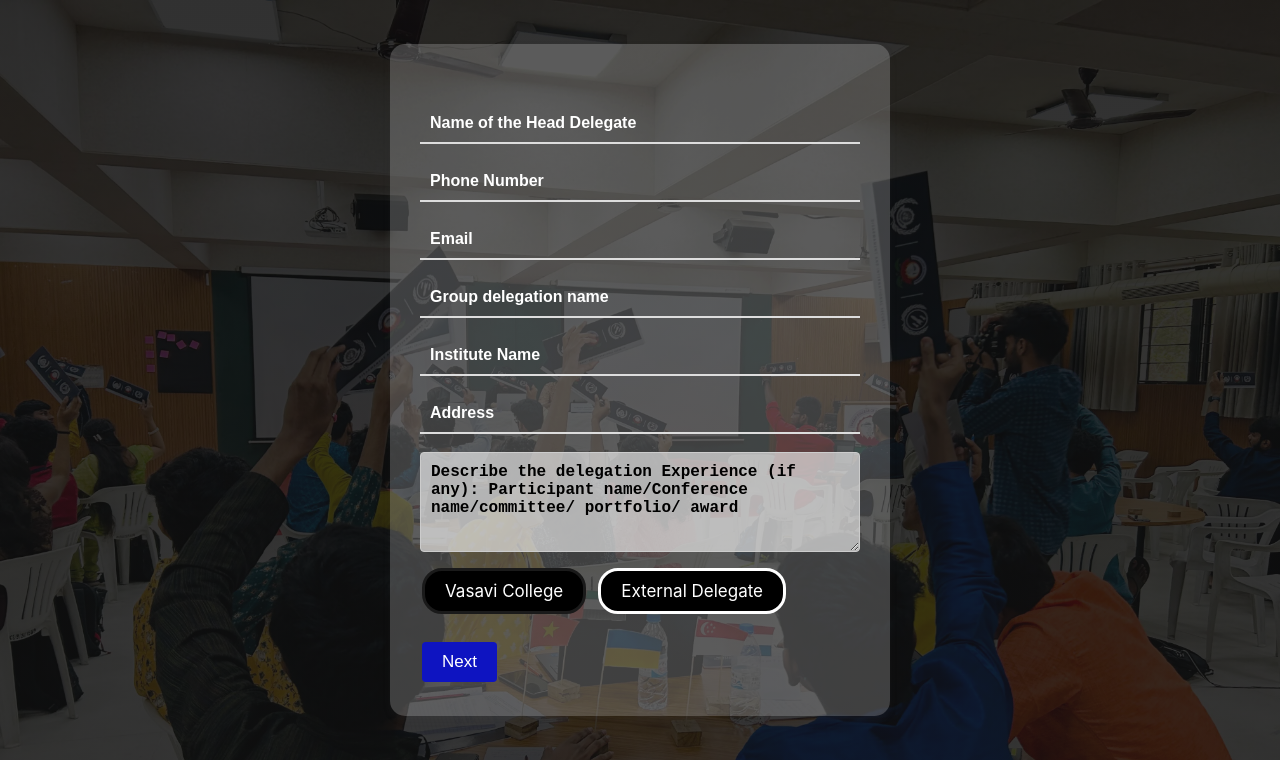
Repository: viveak910/VasaviMUN-Group
Page: /
The author's editor kept a copy of each file at every save. The page is drawn from the files as they stood at one save, then again after the next save.
The browser window is 1280 px wide. The pictures show the whole page.
The project was rebuilt for these pictures with package versions that can differ from the ones it lists, and the page was loaded fresh each time. Also part of the build but not shown: src/forms/PreferencesStep.js, src/forms/PaymentStep.js.

Above is the page before, as saved 2025-09-03 21:13:53.

### src/App.js
import React from "react";
import "./App.css";
import CustomVerticalStepper from "./forms/CustomVerticalStepper";

function App() {
  return (
    <div className="App">
      {/* <h1 id="head">Registration</h1> */}
      <CustomVerticalStepper></CustomVerticalStepper>
    </div>
  );
}

export default App;

### src/App.css
.App {
  background-color: black;
}
#head {
  text-align: center;
  position: relative;
  margin-top: 0px;
  color: white;
}

#head::before {
  content: "";
  position: absolute;
  top: -10px;
  left: 0;
  width: 100%;
  height: 5px;
  background-color: black;
}

### src/forms/CustomVerticalStepper.js
import React, { useState } from "react";

import PersonalDetailsStep from "./PersonalDetailsStep";
import PreferencesStep from "./PreferencesStep";
import PaymentStep from "./PaymentStep";
import "./step.css";
import "./form.css";

export default function CustomVerticalStepper() {
  const [activeStep, setActiveStep] = useState(0);
  const [loading, setLoading] = useState(false);
  const [name, setName] = useState("");
  const [phone, setPhone] = useState("");
  const [email, setEmail] = useState("");
  const [address, setAddress] = useState("");
  const [isVasavi, setIsVasavi] = useState(false);
  const [rollNumber, setRollNumber] = useState("");
  const [year, setYear] = useState("");
  const [branch, setBranch] = useState("");
  const [section, setSection] = useState("");
  const [transactionId, setTransactionId] = useState("");
  const [driveLink, setDriveLink] = useState("");
  const [instituteName, setInstituteName] = useState("");
  const [munExperienceDetails, setMunExperienceDetails] = useState("");
  const [participantsCount, setParticipantsCount] = useState(8);
  const [amount, setAmount] = useState("");
  const [teamName, setTeamName] = useState("");
  const [participants, setParticipants] = useState(
    Array.from({ length: participantsCount }, () => ({
      name: "",
      phone: "",
      email: "",
      preference: "",
      portfolio1: "",
      portfolio2: "",
      ipRole: "",
    }))
  );
  const [utr, setUtr] = useState("");

  const validatePreferences = () => {
    const errors = [];
    const selectedCommittees = new Set();

    participants.forEach((participant, index) => {
      if (!participant.name.trim()) {
        errors.push(`Participant ${index + 1}: Name is required.`);
      }

      if (!participant.preference) {
        errors.push(`Participant ${index + 1}: Preference is required.`);
      } else {
        selectedCommittees.add(participant.preference);

        if (participant.preference !== "IP") {
          if (
            !participant.portfolio1.trim() ||
            !participant.portfolio2.trim()
          ) {
            errors.push(
              `Participant ${
                index + 1
              }: Both portfolio 1 and 2 are required for preference ${
                participant.preference
              }.`
            );
          } else if (
            participant.portfolio1.trim().toLowerCase() ===
            participant.portfolio2.trim().toLowerCase()
          ) {
            errors.push(
              `Participant ${
                index + 1
              }: Portfolio 1 and Portfolio 2 must be different for preference ${
                participant.preference
              }.`
            );
          }
        }

        if (participant.preference === "IP" && !participant.ipRole) {
          errors.push(`Participant ${index + 1}: Please select a role for IP.`);
        }
      }
    });

    const committees = ["DISEC", "AIPPM", "UNCSW","WHO", "IP"];
    committees.forEach((committee) => {
      if (!selectedCommittees.has(committee)) {
        errors.push(
          `At least one participant must select the preference "${committee}".`
        );
      }
    });

    if (errors.length > 0) {
      alert(errors.join("\n"));
      return false;
    }

    return true;
  };

  const steps = [
    {
      component: (
        <PersonalDetailsStep
          name={name}
          setName={setName}
          phone={phone}
          setPhone={setPhone}
          email={email}
          setEmail={setEmail}
          address={address}
          setAddress={setAddress}
          isVasavi={isVasavi}
          setIsVasavi={setIsVasavi}
          rollNumber={rollNumber}
          setRollNumber={setRollNumber}
          year={year}
          setYear={setYear}
          branch={branch}
          setBranch={setBranch}
          section={section}
          setSection={setSection}
          instituteName={instituteName}
          setInstituteName={setInstituteName}
          munExperienceDetails={munExperienceDetails}
          setMunExperienceDetails={setMunExperienceDetails}
          teamName={teamName}
          setTeamName={setTeamName}
        />
      ),
    },
    {
      component: (
        <PreferencesStep
          participantsCount={participantsCount}
          setParticipantsCount={setParticipantsCount}
          participants={participants}
          setParticipants={setParticipants}
        />
      ),
    },
    {
      component: (
        <PaymentStep
          isVasavi={isVasavi}
          transactionId={transactionId}
          setTransactionId={setTransactionId}
          driveLink={driveLink}
          setDriveLink={setDriveLink}
          participantsCount={participantsCount}
          amount={amount}
          setAmount={setAmount}
          utr={utr}
          setUtr={setUtr}
        />
      ),
    },
  ];

  const validateStep = () => {
    if (activeStep === 0) {
      const phoneRegex = /^[0-9]{10}$/;

      const emailRegex = /^[^\s@]+@[^\s@]+\.[^\s@]+$/;

      const rollNumberRegex =
        /^[0-9]{4}-[0-9A-Za-z]{2}-[0-9A-Za-z]{3}-[0-9A-Za-z]{3}$/;

      if (!name) {
        alert("Please fill in your name.");
        return false;
      }

      if (!phone) {
        alert("Please fill in your phone number.");
        return false;
      }
      if (!teamName) {
        alert("Please enter Group delegation name");
        return false;
      }

      if (!phoneRegex.test(phone)) {
        alert("Phone number must be exactly 10 digits.");
        return false;
      }

      if (!email) {
        alert("Please fill in your email.");
        return false;
      }
      if (!instituteName) {
        alert("Enter your institute name");
        return false;
      }

      if (!emailRegex.test(email)) {
        alert("Please enter a valid email address.");
        return false;
      }

      if (!address) {
        alert("Please fill in your address.");
        return false;
      }
      if (!instituteName) {
      }

      if (isVasavi) {
        if (!rollNumber) {
          alert("Please fill in your roll number.");
          return false;
        }

        if (!rollNumberRegex.test(rollNumber)) {
          alert("Roll number must be in the format 1602-2X-XXX-XXX.");
          return false;
        }

        if (!year) {
          alert("Please select your year.");
          return false;
        }
        if (!munExperienceDetails) {
          alert("Fill in MUN Experience");
          return false;
        }
        if (!branch) {
          alert("Please select your branch.");
          return false;
        }

        if (!section) {
          alert("Please select your section.");
          return false;
        }
      }

      return true;
    } else if (activeStep === 1) {
      const preferencesValid = validatePreferences();
      if (!preferencesValid) return false;
    } else if (activeStep === 2) {
      if (!transactionId) {
        alert("Transaction ID is required.");
        return false;
      }
      if (!driveLink) {
        alert("Drive link is required.");
        return false;
      }

      const driveUrlPattern =
        /https:\/\/drive\.google\.com\/(?:file\/d\/|drive\/folders\/)([-\w]+)/;



    }

    return true;
  };

  const handleNext = () => {
    if (validateStep()) {
      setActiveStep((prevStep) => prevStep + 1);
      window.scrollTo({
        top: 0,
        behavior: "smooth",
      });
    }
  };

  const handleBack = () => {
    if (activeStep > 0) {
      setActiveStep((prevStep) => prevStep - 1);
      window.scrollTo({
        top: 0,
        behavior: "smooth",
      });
    }
  };

  const handleSubmit = () => {
    if (validateStep()) {
      setLoading(true);

      const formData = {
        name,
        phone,
        email,
        teamName,
        address,
        instituteName,
        munExperienceDetails,
        rollNumber,
        year,
        branch,
        section,
        participants,
        amount,
        transactionId,
        driveLink,
        utr,
      };

      console.log("Submitting form data:", formData);

      fetch("https://mun-dat.onrender.com/groupregister", {
        method: "POST",
        headers: {
          "Content-Type": "application/json",
        },
        body: JSON.stringify(formData),
      })
        .then((response) => response.json())
        .then((data) => {
          console.log("Success:", data);
          alert("Form submitted successfully!");
          resetForm();
          setLoading(false);
        })
        .catch((error) => {
          console.error("Error:", error);
          alert("Failed to submit the form. Please try again.");
          setLoading(false);
        });
    }
  };

  const resetForm = () => {
    setName("");
    setPhone("");
    setEmail("");
    setMunExperienceDetails("");
    setTeamName("");
    setInstituteName("");
    setAddress("");
    setIsVasavi(false);
    setRollNumber("");
    setYear("");
    setBranch("");
    setSection("");
    setTransactionId("");
    setDriveLink("");
    setActiveStep(0);
    setParticipantsCount(8);
    setAmount("");
    setParticipants(
      Array.from({ length: participantsCount }, () => ({
        name: "",
        preference: "",
        portfolio1: "",
        portfolio2: "",
        ipRole: "",
      }))
    );
  };

  return (
    <div className="stepper-wrapper">
      {loading ? (
        <>
          <div className="loader-container">
            <div className="pulsing-circle"></div>
            <p>Submitting Response</p>
          </div>
        </>
      ) : (
        <div className="stepper-container">
          <div className="stepper-header">
            <div className="step-header">{steps[activeStep].label}</div>
          </div>
          <div className="stepper-content">{steps[activeStep].component}</div>
          <div className="step-actions">
            {activeStep > 0 && (
              <button className="btn" onClick={handleBack}>
                Back
              </button>
            )}
            {activeStep < steps.length - 1 ? (
              <button className="btn" onClick={handleNext}>
                Next
              </button>
            ) : (
              <button className="btn" onClick={handleSubmit}>
                Submit
              </button>
            )}
          </div>
        </div>
      )}
    </div>
  );
}

### src/forms/PersonalDetailsStep.js
import React from "react";
import "./form.css";

export default function PersonalDetailsStep({
  name,
  setName,
  phone,
  setPhone,
  email,
  setEmail,
  address,
  setAddress,
  isVasavi,
  setIsVasavi,
  rollNumber,
  setRollNumber,
  year,
  setYear,
  branch,
  setBranch,
  section,
  setSection,
  munExperienceDetails,
  setMunExperienceDetails,
  instituteName,
  setInstituteName,
  teamName,
  setTeamName,
}) {
  return (
    <div>
      <input
        type="text"
        placeholder="Name of the Head Delegate"
        value={name}
        onChange={(e) => setName(e.target.value)}
        required
      />
      <input
        type="tel"
        placeholder="Phone Number"
        value={phone}
        onChange={(e) => setPhone(e.target.value)}
        required
      />
      <input
        type="email"
        placeholder="Email"
        value={email}
        onChange={(e) => setEmail(e.target.value)}
        required
      />
      <input
        type="text"
        placeholder="Group delegation name"
        value={teamName}
        onChange={(e) => setTeamName(e.target.value)}
        required
      />
      {!isVasavi && (
        <input
          type="text"
          placeholder="Institute Name"
          value={instituteName}
          onChange={(e) => setInstituteName(e.target.value)}
          required
        />
      )}
      <input
        type="text"
        placeholder="Address"
        value={address}
        onChange={(e) => setAddress(e.target.value)}
        required
      />

      <textarea
        className="mun-experience"
        placeholder="Describe the delegation Experience (if any): Participant name/Conference name/committee/ portfolio/ award"
        value={munExperienceDetails}
        onChange={(e) => setMunExperienceDetails(e.target.value)}
      />

      <div className="radio-container">
        <input
          id="vasavi"
          className="toggle"
          name="toggle"
          type="radio"
          value="vasavi"
          checked={isVasavi}
          onChange={() => {
            setIsVasavi(true);
            setInstituteName("Vasavi College of Engineering");
          }}
        />
        <label htmlFor="vasavi" className={`btn ${isVasavi ? "selected" : ""}`}>
          Vasavi College
        </label>
        <input
          id="external"
          className="toggle"
          name="toggle"
          type="radio"
          value="external"
          checked={!isVasavi}
          onChange={() => {
            setIsVasavi(false);
            setInstituteName("");
          }}
        />
        <label
          htmlFor="external"
          className={`btn ${!isVasavi ? "selected" : ""}`}
        >
          External Delegate
        </label>
      </div>

      {isVasavi && (
        <>
          <input
            type="text"
            placeholder="Roll Number"
            value={rollNumber}
            onChange={(e) => setRollNumber(e.target.value)}
            required
          />
          <select
            value={year}
            onChange={(e) => setYear(e.target.value)}
            required
          >
            <option value="">Select Year</option>
            <option value="1">1st Year</option>
            <option value="2">2nd Year</option>
            <option value="3">3rd Year</option>
            <option value="4">4th Year</option>
          </select>
          <select
            value={branch}
            onChange={(e) => setBranch(e.target.value)}
            required
          >
            <option value="">Select Branch</option>
            <option value="CSE">CSE</option>
            <option value="CSM">CSM</option>
            <option value="CIVIL">CIVIL</option>
            <option value="ECE">ECE</option>
            <option value="EEE">EEE</option>
            <option value="MECHANICAL">MECHANICAL</option>
            <option value="IT">IT</option>
          </select>
          <input
            type="text"
            placeholder="Section"
            value={section}
            onChange={(e) => setSection(e.target.value)}
            required
          />
        </>
      )}
    </div>
  );
}

### src/forms/step.css
.stepper-wrapper {
  display: flex;
  justify-content: center;
  align-items: center;
  min-height: 100vh;
  background-color: #000000;
  padding: 20px;
  background-image: linear-gradient(
      rgba(12, 12, 12, 0.841),
      rgba(16, 16, 16, 0.834)
    ),
    url("reg_back.webp");
  background-size: cover;
  background-repeat: no-repeat;
  margin: 0;
}
.stepper-container {
  background: #e1e1e13c;
  border-radius: 15px;
  box-shadow: 0 4px 8px rgba(83, 83, 83, 0.088);
  width: 100%;
  max-width: 500px;
  padding: 30px;

  box-sizing: border-box;
}

.stepper-header {
  margin-bottom: 20px;
}

.step-header {
  margin-bottom: 20px;
  font-size: 22px;
  font-weight: bold;
  color: #333;
}

.stepper-content {
  display: flex;
  flex-direction: column;
}

.step-actions {
  display: flex;
  justify-content: space-between;
  margin-top: 20px;
}
h4,
h3,
h2 {
  font-weight: 700;
  color: white;
  padding: 0;
}
h4 {
  margin-bottom: 0;
}

.btn {
  background-color: #0e14c1;
  border: none;
  color: #ffffff;
  font-weight: 400;
  font-size: 17px;
  padding: 10px 20px;
  text-align: center;
  text-decoration: none;
  display: inline-block;
  margin: 4px 2px;
  margin-right: 0;
  cursor: pointer;
  border-radius: 4px;
  transition: background-color 0.3s;
}

.btn:hover {
  background-color: #1d1d1d;
}
.reset-container {
  text-align: center;
}

.loader-container {
  display: flex;
  flex-direction: column;
  justify-content: center;
  align-items: center;
  height: 100vh;
}

.loader-container p {
  font-size: 24px;
  font-weight: bold;
  color: white;
  margin-top: 20px;
}

.pulsing-circle {
  width: 100px;
  height: 100px;
  background-color: #ffffff;
  border-radius: 50%;
  animation: pulse 2s infinite;
}

@keyframes pulse {
  0%,
  100% {
    transform: scale(1);
    opacity: 1;
  }
  50% {
    transform: scale(1.5);
    opacity: 0.5;
  }
}
@media (max-width: 768px) {
  .stepper-wrapper {
    background-image: linear-gradient(
        rgba(12, 12, 12, 0.758),
        rgba(16, 16, 16, 0.77)
      ),
      url("regback.webp");
    background-size: cover;
    background-position: center;
    background-repeat: no-repeat;
  }
  .stepper-container {
    padding: 20px;
    max-width: 90%;
  }

  .btn {
    font-size: 14px;
    padding: 8px 16px;
  }
}

### src/forms/form.css
input,
select,
textarea {
  width: 100%;
  padding: 10px;
  margin: 8px 0;
  margin-top: 10px;
  border: none;
  border-bottom: 2px solid #ddd;
  border-radius: 0;
  box-sizing: border-box;
  background: none;
  color: #fff;
  font-size: 16px;
  outline: none;
}

select::-ms-expand {
  display: none;
}

select::-webkit-inner-spin-button,
select::-webkit-outer-spin-button {
  -webkit-appearance: none;
  margin: 0;
}

select::-webkit-dropdown-button {
  -webkit-appearance: none;
}

select option {
  background: #fff;
  color: #000;
  padding: 10px;
  font-size: 16px;
}

input::placeholder {
  color: #fff;
  font-weight: 900;
  font-size: 16px;
}

textarea::placeholder {
  color: #000000;
  font-weight: 900;
  font-size: 16px;
}

select {
  color: #fff;
  font-weight: 700;
  font-size: 16px;
}

input:focus,
select:focus,
textarea:focus {
  outline: none;
  border-bottom: 3px solid;
}

textarea {
  height: 100px;
  resize: vertical;
}

.toggle-container {
  display: flex;
  flex-direction: column;
  margin-bottom: 20px;
}

.toggle-container label {
  display: flex;
  align-items: center;
  margin-bottom: 10px;
}

.toggle-container .toggle-label {
  margin-left: 10px;
  color: white;
}

.radio-container input[type="radio"].toggle {
  display: none;
}

.radio-container .btn {
  border: 3px solid #1a1a1a;
  display: inline-block;
  padding: 10px 20px;
  position: relative;
  text-align: center;
  cursor: pointer;
  border-radius: 20px;
  transition: 300ms ease, color 300ms ease;
  margin-right: 10px;
  background: #000000;
}

.radio-container .btn.selected {
  background: #000000;
  color: rgb(255, 255, 255);
  border-color: white;
}

.radio-container input[type="radio"].toggle:checked + label {
  color: #fff;
}

.radio-container input[type="radio"].toggle:checked + label:after {
  background: #1a1a1a;
  left: 0;
}

.mun-experience {
  background: rgba(255, 255, 255, 0.6);
  color: black;
  padding: 10px;
  border-radius: 4px;
  border: 1px solid #ccc;
  font-size: 16px;
  box-sizing: border-box;
  resize: vertical;
}

.country-preferences {
  display: flex;
  gap: 10px;
}

.country-preferences input {
  flex: 1;
}

.hd .btn {
  display: inline-block;
  padding-top: 0px;
  padding-bottom: 0;
  padding-right: 60px;
  margin-left: 0;
  text-align: center;
  cursor: pointer;
  border-radius: 10px;
  transition: 300ms ease, color 300ms ease;
  margin-right: 10px;
  background: #000000;
}
.ip-role {
  width: 50%;
}

Loaded but not shown: public/index.html (common file); src/index.js (common file); src/index.css (common file); src/reportWebVitals.js (common file)

After the next save:
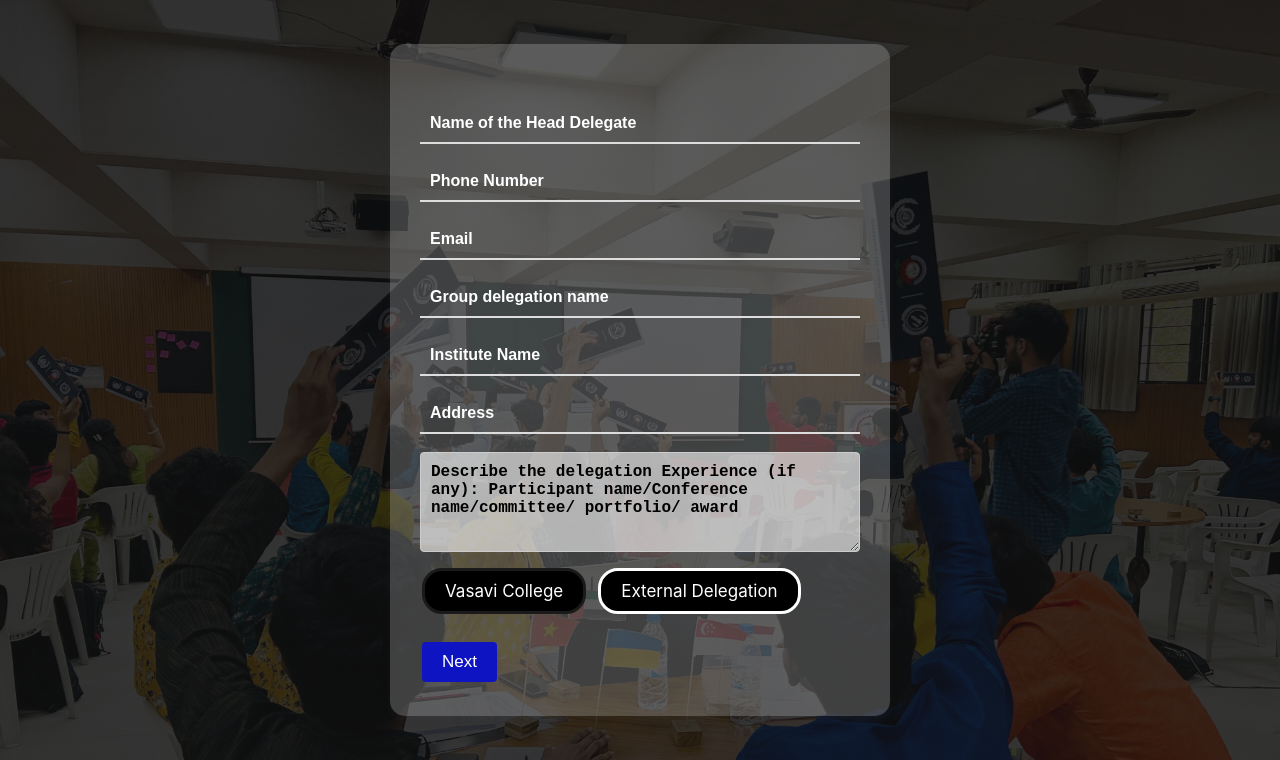
Saved 27 s later.
--- a/src/forms/PersonalDetailsStep.js
+++ b/src/forms/PersonalDetailsStep.js
@@ -113,7 +113,7 @@ export default function PersonalDetailsStep({
           htmlFor="external"
           className={`btn ${!isVasavi ? "selected" : ""}`}
         >
-          External Delegate
+          External Delegation
         </label>
       </div>
 
